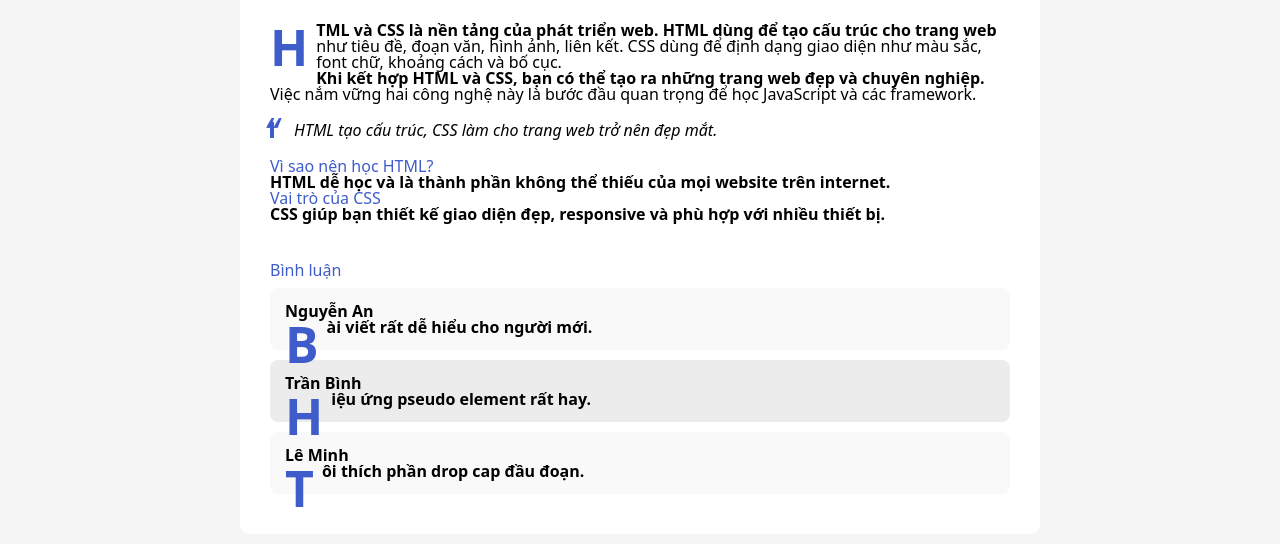
Repository: doanhieu0707/Homework-Day-5
Page: blog-post.html
The author's editor kept a copy of each file at every save. The page is drawn from the files as they stood at one save, then again after the next save.
The browser window is 1280 px wide. The pictures show the part of the page from y = 446 to 990 px (the page is 990 px tall before and 974 px after).

Above is the page before, as saved 2026-04-02 15:09:07.

After the next save:
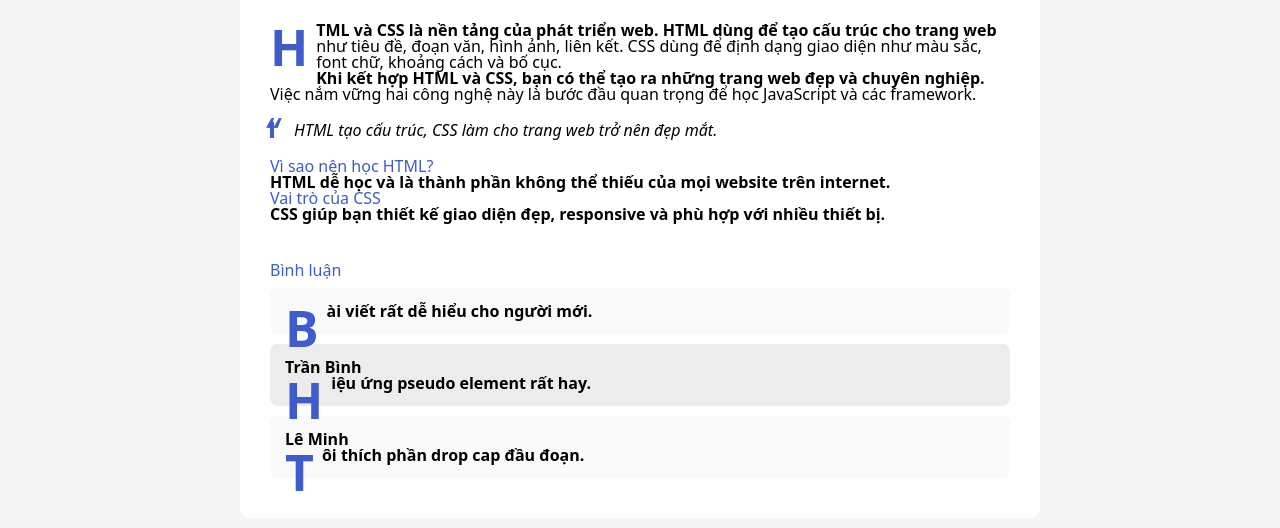
Saved 13 s later.
--- a/blog-post.html
+++ b/blog-post.html
@@ -48,7 +48,7 @@
                 <h2>Bình luận</h2>
 
                 <div class="comment">
-                    <div class="comment-author">Nguyễn An</div>
+                    <div class="comment-author"></div>
                     <p>Bài viết rất dễ hiểu cho người mới.</p>
                 </div>
 

After the save that followed:
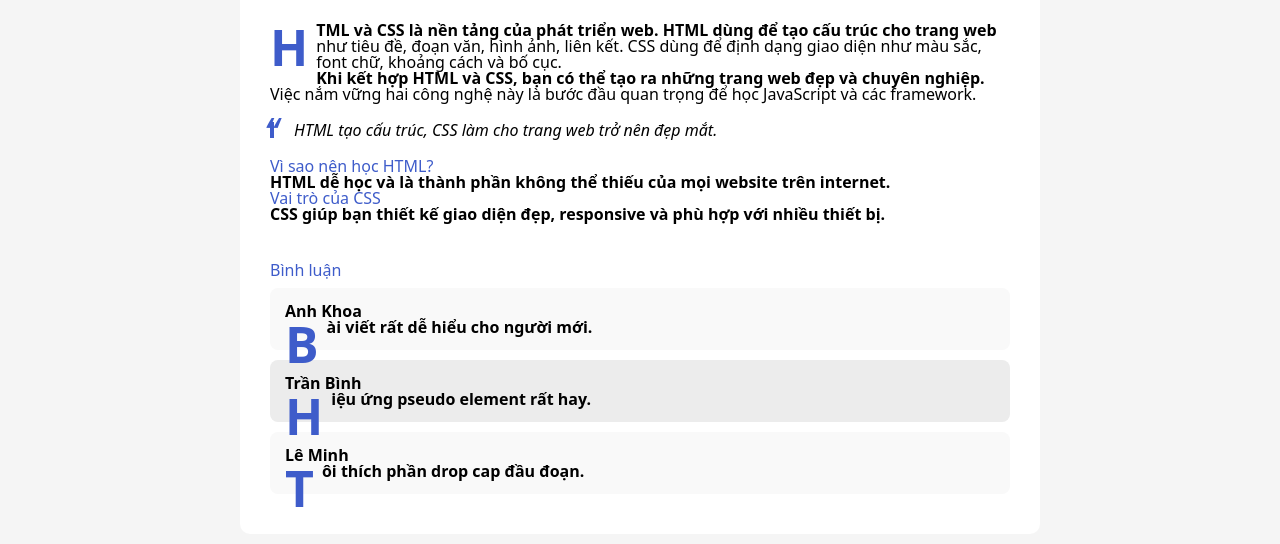
Saved 15 s later.
--- a/blog-post.html
+++ b/blog-post.html
@@ -48,7 +48,7 @@
                 <h2>Bình luận</h2>
 
                 <div class="comment">
-                    <div class="comment-author"></div>
+                    <div class="comment-author">Anh Khoa</div>
                     <p>Bài viết rất dễ hiểu cho người mới.</p>
                 </div>
 
